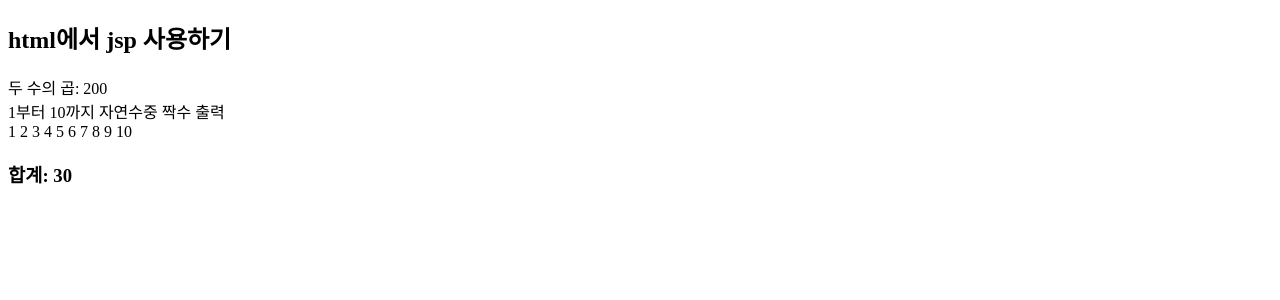
Repository: Kongnamu/JSPworks
Page: http://localhost/jwbook/ch01/Scriptlet.jsp
An editor plug-in stored every save of this project. The page is shown before and after the next save, followed by the edit.
The browser window is 1280 px wide. The pictures show the whole page.
The page is served by Tomcat 9.

Above is the page before, as saved 2023-11-20 02:13:14.

After the next save:
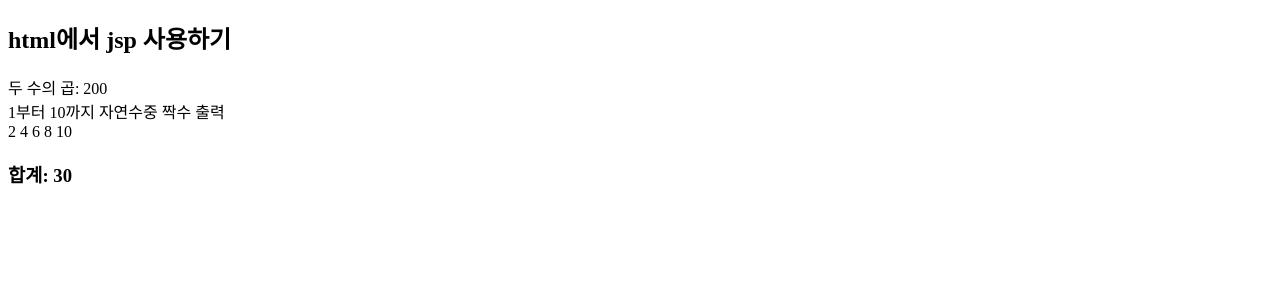
Saved 27 s later.
--- a/jwbook/src/main/webapp/ch01/Scriptlet.jsp
+++ b/jwbook/src/main/webapp/ch01/Scriptlet.jsp
@@ -17,7 +17,9 @@
 		// 1부터 10까지 자연수, 짝수 출력
 		out.print("1부터 10까지 자연수중 짝수 출력<br>");
 		for(int i = 1; i <= 10; i++){
-			out.println(i);
+			if(i % 2 == 0){
+				out.println(i);
+			}
 		}
 	%>
 
